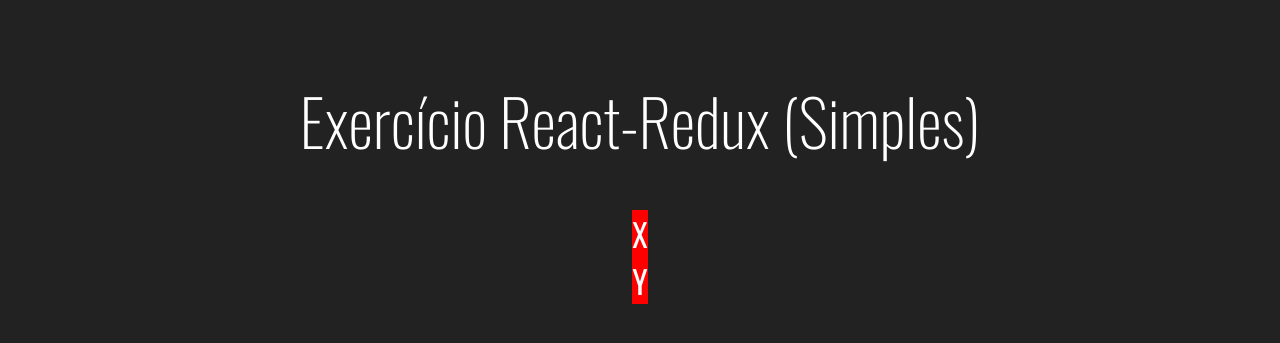
Repository: WellysonP/testando-react-redux
Page: /
The author's editor kept a copy of each file at every save. The page is drawn from the files as they stood at one save, then again after the next save.
The browser window is 1280 px wide. The pictures show the whole page.
The project was rebuilt for these pictures with package versions that can differ from the ones it lists, and the page was loaded fresh each time.

Above is the page before, as saved 2023-01-12 16:28:52.

After the next save:
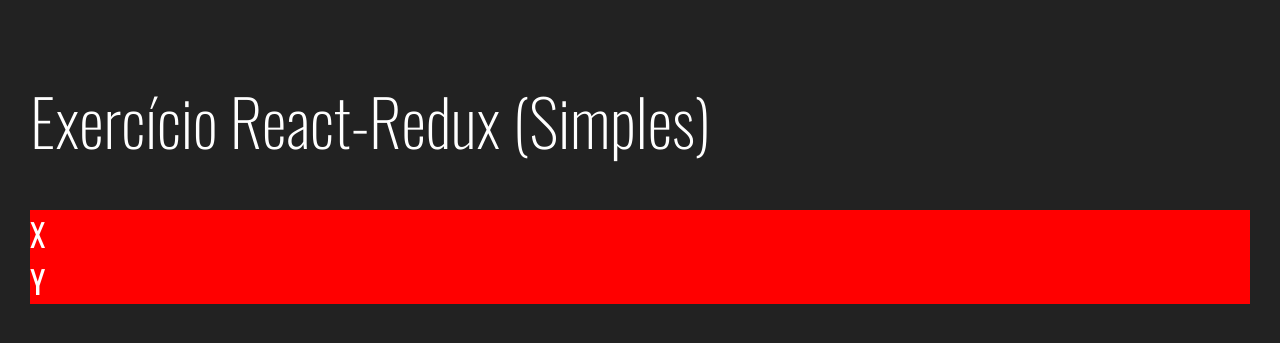
Saved 5 s later.
--- a/src/App.css
+++ b/src/App.css
@@ -1,7 +1,7 @@
 .App{
   display: flex;
   flex-direction: column;
-  align-items: center;
+  align-items: stretch;
 }
 
 h1{
